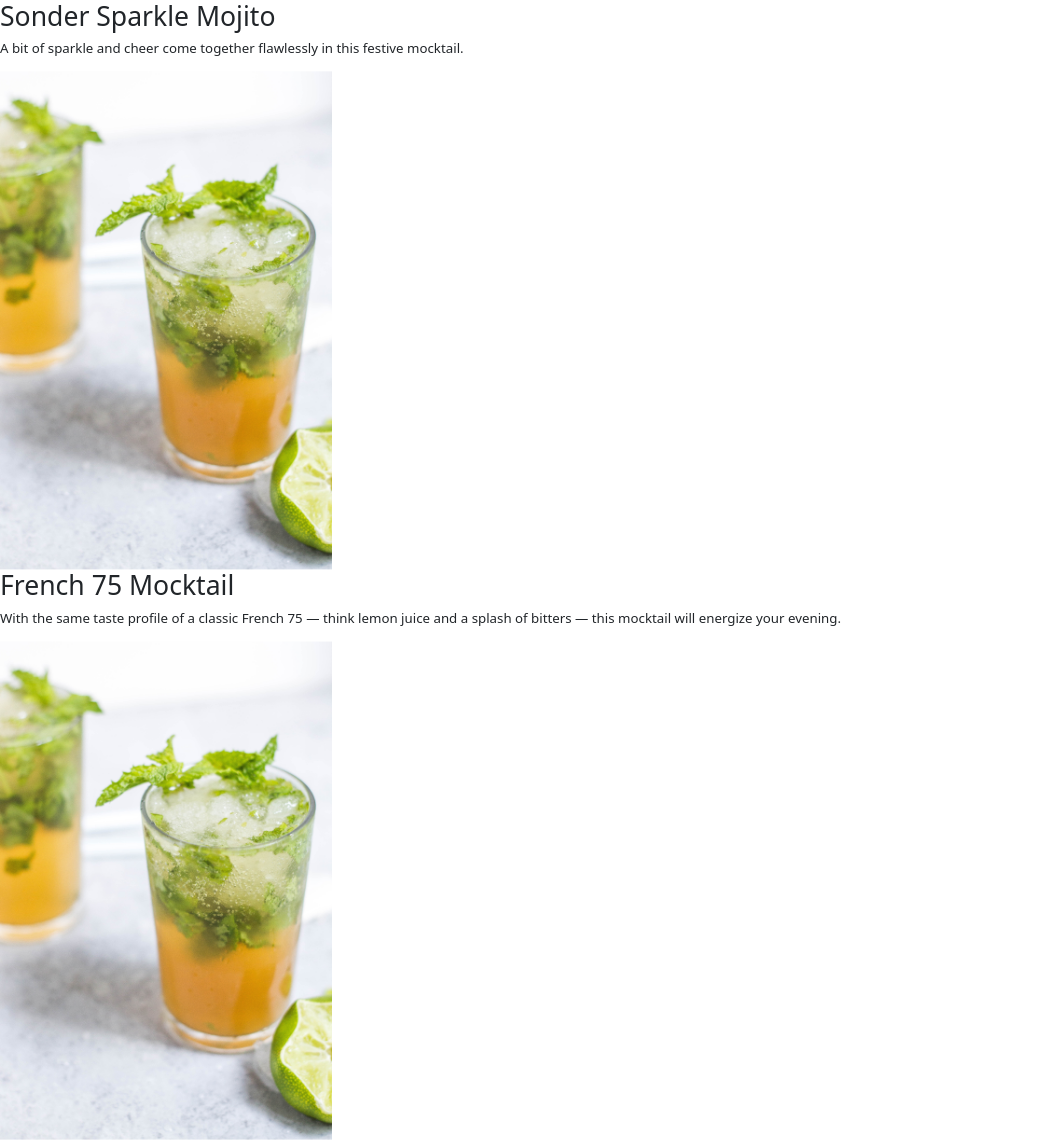
Repository: Flatbook/sliced_bread
Page: http://localhost/
An editor plug-in stored every save of this project. The page is shown before and after the next save, followed by the edit.
The browser window is 1280 px wide. The pictures show the whole page, at 83% of full size.
Some web libraries are served in a nearby version. The page is served by the project's application, run on Flask 3 (app.py). Other server files are loaded and not shown.

Above is the page before, as saved 2021-05-15 23:05:52.

### flask_project/templates/home.html
{% extends "layout.html" %}
{% block content %}
    {% for drink in drinks %}
        <h2>{{drink.title}}</h2>
        <p>{{drink.description}}</p>
        <img src="{{ user_image }}" width="400"/>
    {% endfor %}
{% endblock %}

### flask_project/templates/layout.html
<!DOCTYPE html>
<html lang="en">
<head>
    <meta charset="UTF-8">
    <meta http-equiv="X-UA-Compatible" content="IE=edge">
    <meta name="viewport" content="width=device-width, initial-scale=1.0">
    <!-- <link rel = "stylesheet" href="{{ url_for('static', filename='css/main.css') }}"> -->
    <link href="https://cdn.jsdelivr.net/npm/bootstrap@5.0.1/dist/css/bootstrap.min.css" rel="stylesheet" integrity="sha384-+0n0xVW2eSR5OomGNYDnhzAbDsOXxcvSN1TPprVMTNDbiYZCxYbOOl7+AMvyTG2x" crossorigin="anonymous">
    <title>Greatest Beverage </title>
</head>
<body>
    {% block content %} {% endblock %}

 <!-- Optional JavaScript -->
    <!-- jQuery first, then Popper.js, then Bootstrap JS -->
    <script src="https://code.jquery.com/jquery-3.2.1.slim.min.js" integrity="sha384-KJ3o2DKtIkvYIK3UENzmM7KCkRr/rE9/Qpg6aAZGJwFDMVNA/GpGFF93hXpG5KkN" crossorigin="anonymous"></script>
    <script src="https://cdnjs.cloudflare.com/ajax/libs/popper.js/1.12.9/umd/popper.min.js" integrity="sha384-ApNbgh9B+Y1QKtv3Rn7W3mgPxhU9K/ScQsAP7hUibX39j7fakFPskvXusvfa0b4Q" crossorigin="anonymous"></script>
    <script src="https://maxcdn.bootstrapcdn.com/bootstrap/4.0.0/js/bootstrap.min.js" integrity="sha384-JZR6Spejh4U02d8jOt6vLEHfe/JQGiRRSQQxSfFWpi1MquVdAyjUar5+76PVCmYl" crossorigin="anonymous"></script>
</body>
</html>

### flask_project/app.py
from flask import Flask, render_template
from form import checkoutForm
import os
app = Flask(__name__)

imagesFolder = os.path.join('static','images')

app.config['SECRET_KEY'] = "my secret key"
app.config['UPLOAD_FOLDER'] =imagesFolder


drinks =[{
    'title' : 'Sonder Sparkle Mojito',
    'description': 'A bit of sparkle and cheer come together flawlessly in this festive mocktail.'

},
{
    'title': 'French 75 Mocktail',
    'description': 'With the same taste profile of a classic French 75 — think lemon juice and a splash of bitters — this mocktail will energize your evening.'
}
]

@app.route("/")
def hello_world():
    drink2 = os.path.join(app.config['UPLOAD_FOLDER'],'drink2.jpg')
    return render_template('home.html',drinks=drinks,user_image = drink2)

@app.route("/btform")
def btform():
    return render_template('btform.html')

@app.route("/checkout",methods =['GET','POST'])
def checkout():
    name = None
    lname = None
    form = checkoutForm()
    #  #validate form
    if form.validate_on_submit():
        return 'Dear {}, your order for {} drinks is placed Succesfully.'.format(form.name.data,form.lname.data)
    return render_template("checkout.html",
     name=name,form = form)




if __name__ == '__main__':
    app.run(debug=True)

After the next save:
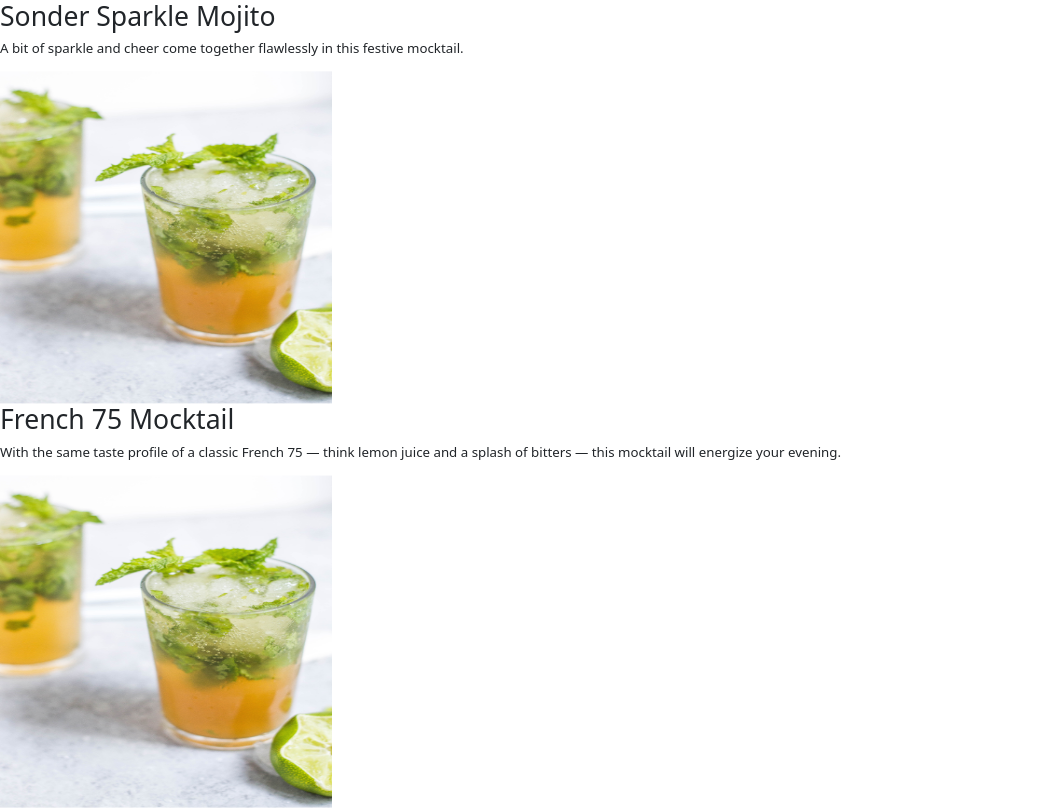
Saved 14 s later.
--- a/flask_project/templates/home.html
+++ b/flask_project/templates/home.html
@@ -3,6 +3,6 @@
     {% for drink in drinks %}
         <h2>{{drink.title}}</h2>
         <p>{{drink.description}}</p>
-        <img src="{{ user_image }}" width="400"/>
+        <img src="{{ user_image }}" width="400" height="400"/>
     {% endfor %}
 {% endblock %}
